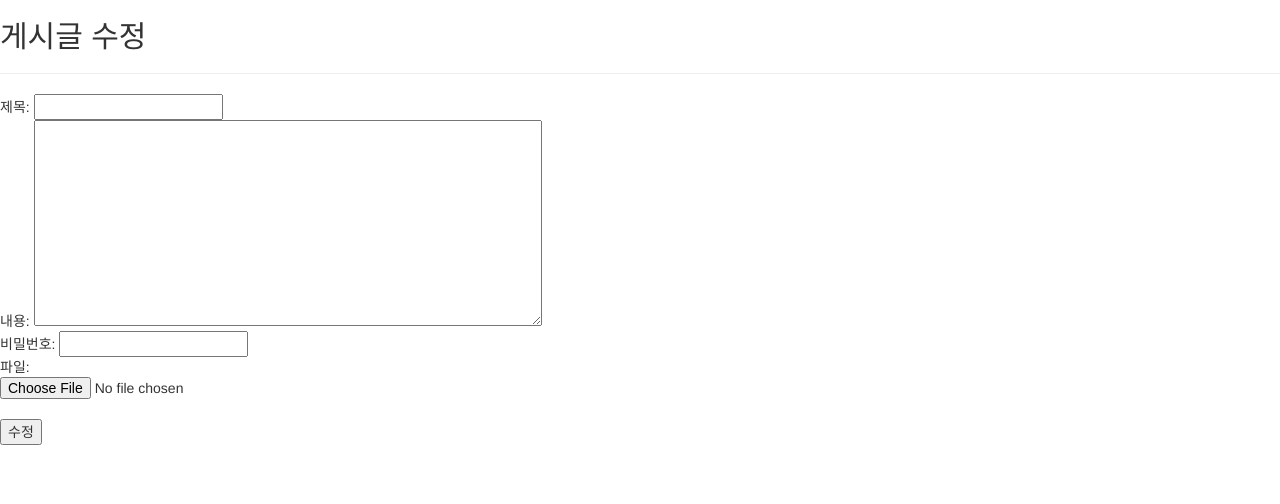
Repository: sagek23/Java-Training
Page: http://localhost/bbs/update.jsp
An editor plug-in stored every save of this project. The page is shown before and after the next save, followed by the edit.
The browser window is 1280 px wide. The pictures show the whole page.
The page is served by Tomcat 9. Other server files are loaded and not shown.

Above is the page before, as saved 2019-08-02 08:15:30.

### 0801/bbs/WebContent/update.jsp
<%@ page language="java" contentType="text/html; charset=UTF-8"
    pageEncoding="UTF-8"%>
 <%@ taglib uri="http://java.sun.com/jsp/jstl/core" prefix="c" %>
<!DOCTYPE html>
<html>
<head>
<meta charset="UTF-8">
<title>Insert title here</title>
<meta name="viewport" content="width=device-width, initial-scale=1">
 <link rel="stylesheet" href="https://maxcdn.bootstrapcdn.com/bootstrap/3.4.0/css/bootstrap.min.css">
  <script src="https://ajax.googleapis.com/ajax/libs/jquery/3.4.1/jquery.min.js"></script>
  <script src="https://maxcdn.bootstrapcdn.com/bootstrap/3.4.0/js/bootstrap.min.js"></script>
</head>
<body>
	<h2>게시글 수정</h2>
	<hr>
	<form action="update.do" method="post" enctype="multipart/form-data">
	<input type="hidden" name="num">
	제목: <input type="text" name="title"><br>
	내용: <textarea rows="10" cols="60" name="content"></textarea><br>
	비밀번호: <input type="password" name="pwd"><br>
	파일: <input type="file"	name="fname"><br>
	<input type="submit" value="수정">
	</form>

</body>
</html>

After the next save:
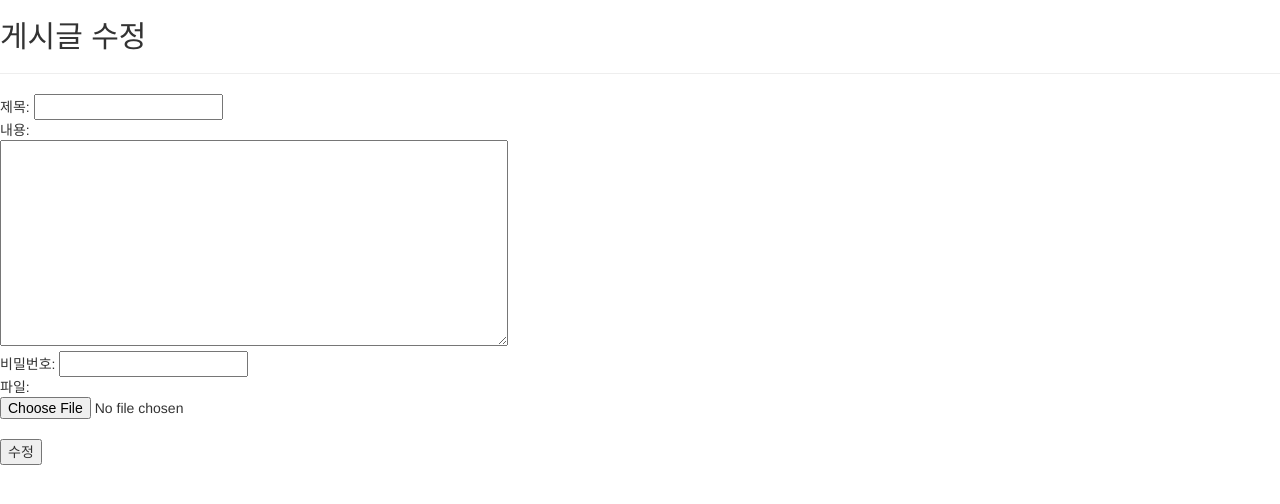
Saved 71 s later.
--- a/0801/bbs/WebContent/update.jsp
+++ b/0801/bbs/WebContent/update.jsp
@@ -17,7 +17,7 @@
 	<form action="update.do" method="post" enctype="multipart/form-data">
 	<input type="hidden" name="num">
 	제목: <input type="text" name="title"><br>
-	내용: <textarea rows="10" cols="60" name="content"></textarea><br>
+	내용: <br><textarea rows="10" cols="60" name="content"></textarea><br>
 	비밀번호: <input type="password" name="pwd"><br>
 	파일: <input type="file"	name="fname"><br>
 	<input type="submit" value="수정">
